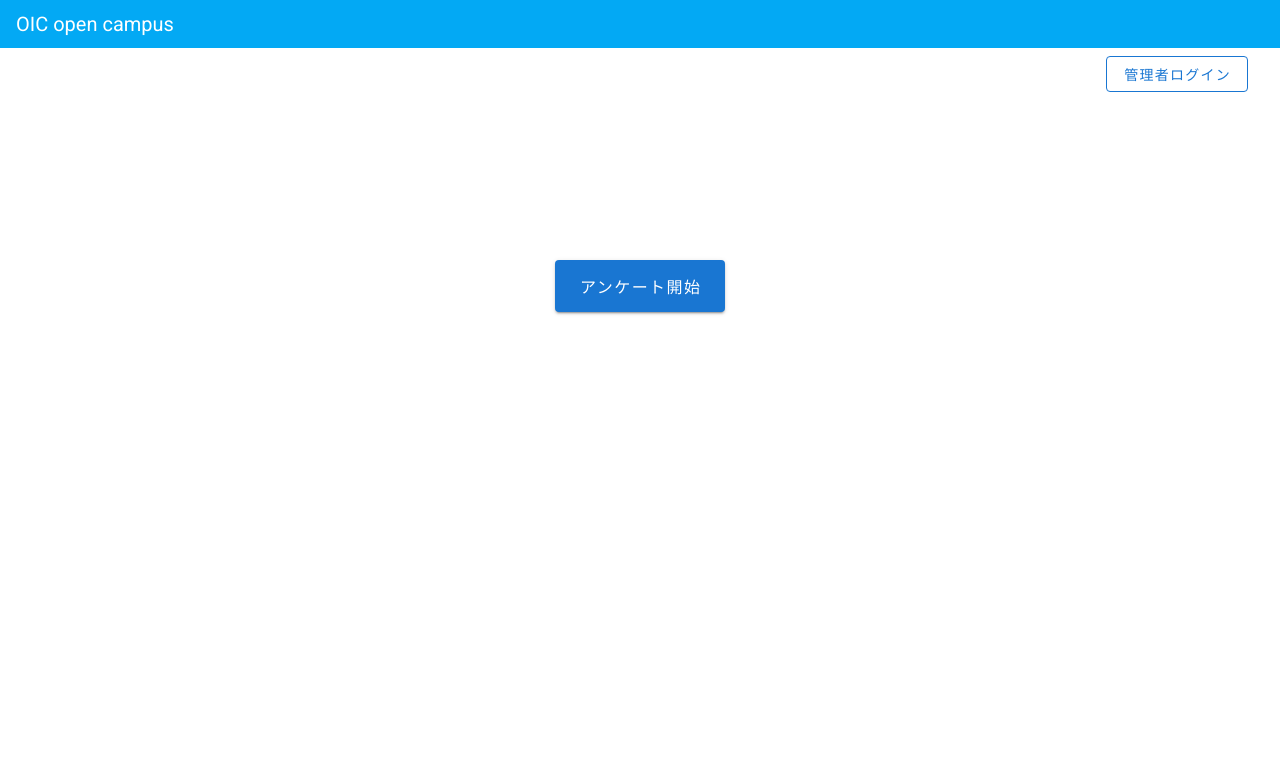
Repository: taniwhy/open-campus-system
Page: / (app in client_view/)
An editor plug-in stored every save of this project. The page is shown before and after the next save, followed by the edit.
The browser window is 1280 px wide. The pictures show the whole page.
The project was rebuilt for these pictures with package versions that can differ from the ones it lists, and the page was loaded fresh each time. Also part of the build but not shown: client_view/vue.config.js, client_view/src/components/Login.vue, client_view/src/components/Branch.vue, client_view/src/components/Register.vue.

Above is the page before, as saved 2019-11-28 10:43:25.

### client_view/public/index.html
<!DOCTYPE html>
<html lang="en">
  <head>
    <meta charset="utf-8">
    <meta http-equiv="X-UA-Compatible" content="IE=edge">
    <meta name="viewport" content="width=device-width,initial-scale=1.0">
    <link rel="icon" href="<%= BASE_URL %>favicon.ico">
    <title>client_view</title>
    <link rel="stylesheet" href="https://fonts.googleapis.com/css?family=Roboto:100,300,400,500,700,900">
    <link rel="stylesheet" href="https://cdn.jsdelivr.net/npm/@mdi/font@latest/css/materialdesignicons.min.css">
  </head>
  <body>
    <noscript>
      <strong>We're sorry but client_view doesn't work properly without JavaScript enabled. Please enable it to continue.</strong>
    </noscript>
    <div id="app"></div>
    <!-- built files will be auto injected -->
  </body>
</html>

### client_view/src/main.js
import Vue from 'vue'
import App from './App.vue'
import router from './router'
import store from './store'
import vuetify from './plugins/vuetify';

Vue.config.productionTip = false

new Vue({
    router,
    store,
    vuetify,
    render: h => h(App)
}).$mount('#app')

### client_view/src/App.vue
<template>
  <v-app>
    <div>
      <v-app-bar color="light-blue" dense dark>

        <v-toolbar-title>OIC open campus</v-toolbar-title>

      </v-app-bar>
    </div>
    <v-content>
      <router-view></router-view>
    </v-content>
  </v-app>
</template>

<script>
export default {
  name: "App",

  components: {},

  data: () => ({
    //
  })
};
</script>

### client_view/src/router/index.js
import Vue from 'vue'
import VueRouter from 'vue-router'
import Home from '../components/Home.vue'
import Login from '../components/Login.vue'
import Branch from '../components/Branch.vue'
import Register from '../components/Register.vue'

Vue.use(VueRouter)

const routes = [{
        path: '/',
        name: 'home',
        component: Home
    },
    {
        path: '/login',
        name: 'login',
        component: Login
    },
    {
        path: '/branch',
        name: 'branch',
        component: Branch
    },
    {
        path: '/register',
        name: 'register',
        component: Register
    },
]

const router = new VueRouter({
    routes
})

export default router

### client_view/src/components/Home.vue
<template>
  <v-app>
    <v-container fluid>
      <v-row>
        <v-col>
          <v-row align="center" justify="end" style="width: 100%;">
            <v-btn flat to="/login" class="ma-2" outlined color="primary">管理者ログイン</v-btn>
          </v-row>
        </v-col>
      </v-row>
    </v-container>
    <v-container style="height: 100%;">
      <v-row style="height: 100%;">
        <v-col>
          <v-row align="center" justify="center" style="height: 60%;">
            <div class="my-2">
              <v-btn flat to="/branch" x-large color="primary" >アンケート開始</v-btn>
            </div>
          </v-row>
        </v-col>
      </v-row>
    </v-container>
  </v-app>
</template>

<script>
export default {
  name: "Home",
  data: () => ({})
};
</script>

Loaded but not shown: client_view/src/store/index.js (common file); client_view/src/plugins/vuetify.js (common file)

After the next save:
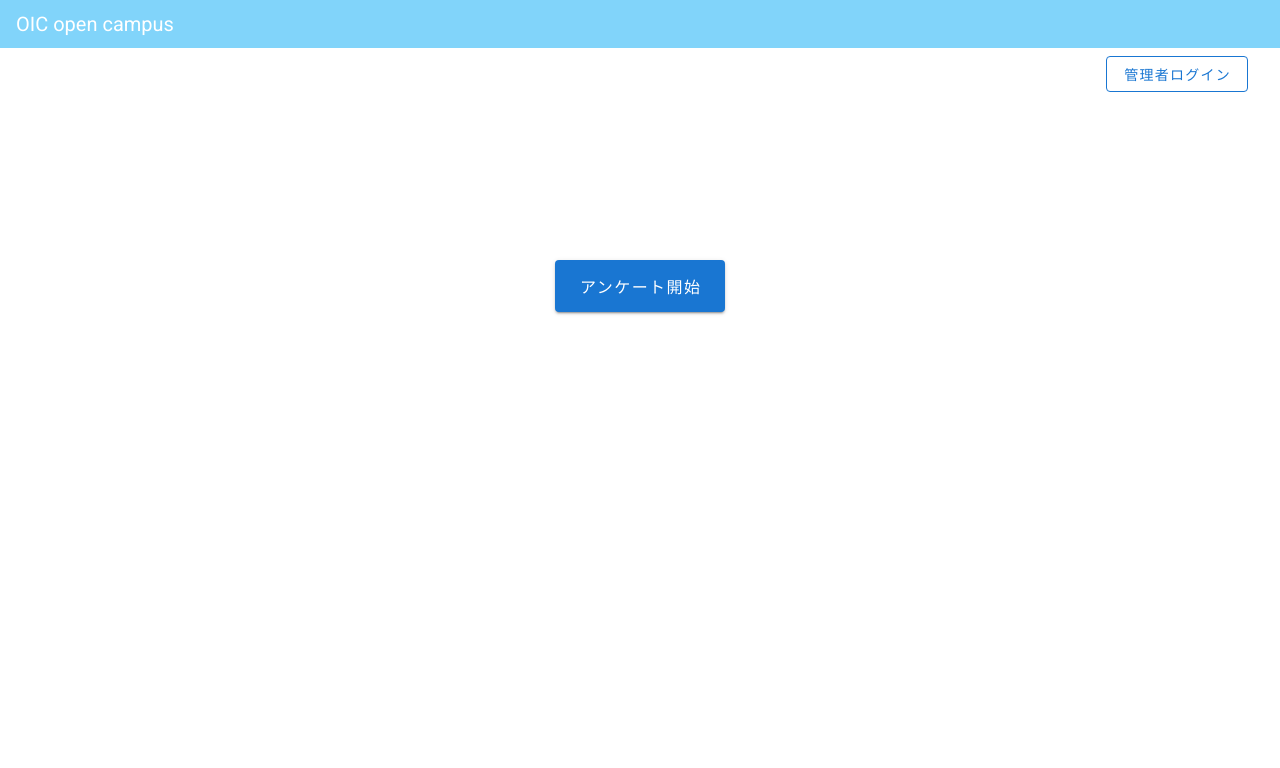
Saved 23 s later.
--- a/client_view/src/App.vue
+++ b/client_view/src/App.vue
@@ -1,7 +1,7 @@
 <template>
   <v-app>
     <div>
-      <v-app-bar color="light-blue" dense dark>
+      <v-app-bar color="light-blue lighten-3" dense dark>
 
         <v-toolbar-title>OIC open campus</v-toolbar-title>
 
